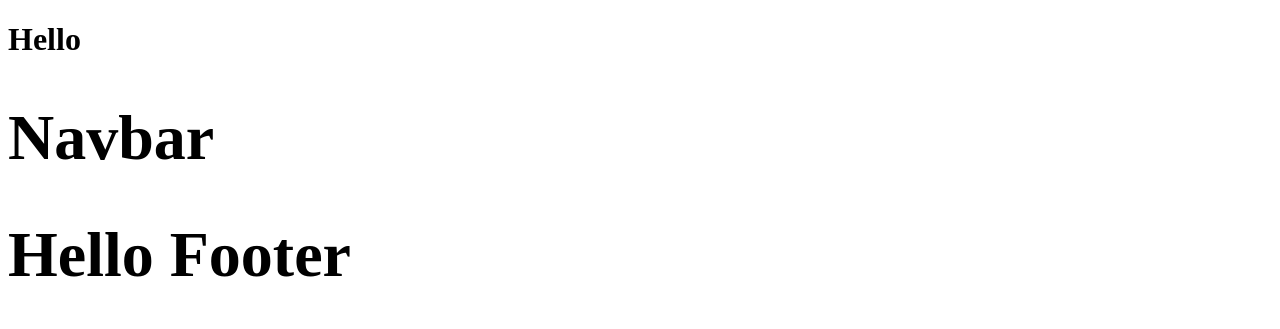
Repository: supakorn5039-boon/React-s
Page: /
An editor plug-in stored every save of this project. The page is shown before and after the next save, followed by the edit.
The browser window is 1280 px wide. The pictures show the whole page.
The project was rebuilt for these pictures with package versions that can differ from the ones it lists, and the page was loaded fresh each time. Also part of the build but not shown: vite.config.js.

Above is the page before, as saved 2024-01-08 23:35:55.

### src/App.jsx
export default function App() {
  function Navbar() {
    return (
      <>
        <h1>Navbar</h1>
      </>
    );
  }

  const Story = () => {
    return (
      <>
        <h1>Hello Footer</h1>
      </>
    );
  };

  return (
    <h1>
      Hello
      <Navbar />
      <Story />
    </h1>
  );
}

Loaded but not shown: index.html (common file); src/main.jsx (common file)

After the next save:
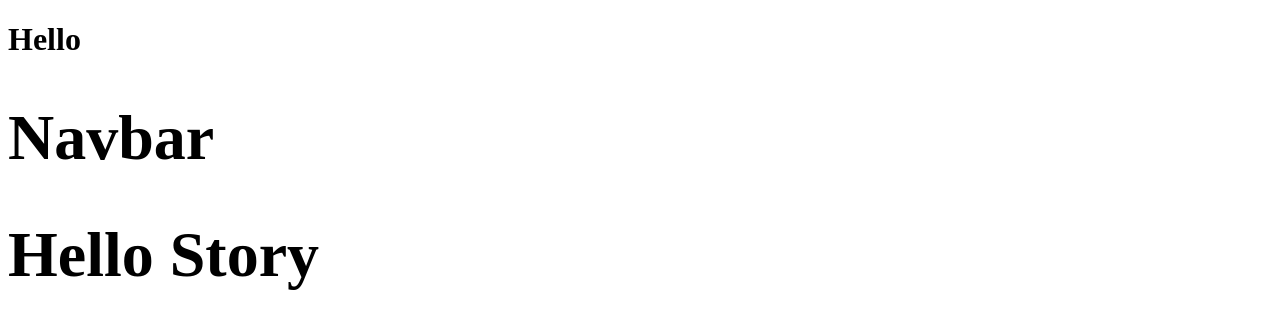
Saved 8 s later.
--- a/src/App.jsx
+++ b/src/App.jsx
@@ -10,7 +10,7 @@ export default function App() {
   const Story = () => {
     return (
       <>
-        <h1>Hello Footer</h1>
+        <h1>Hello Story</h1>
       </>
     );
   };
